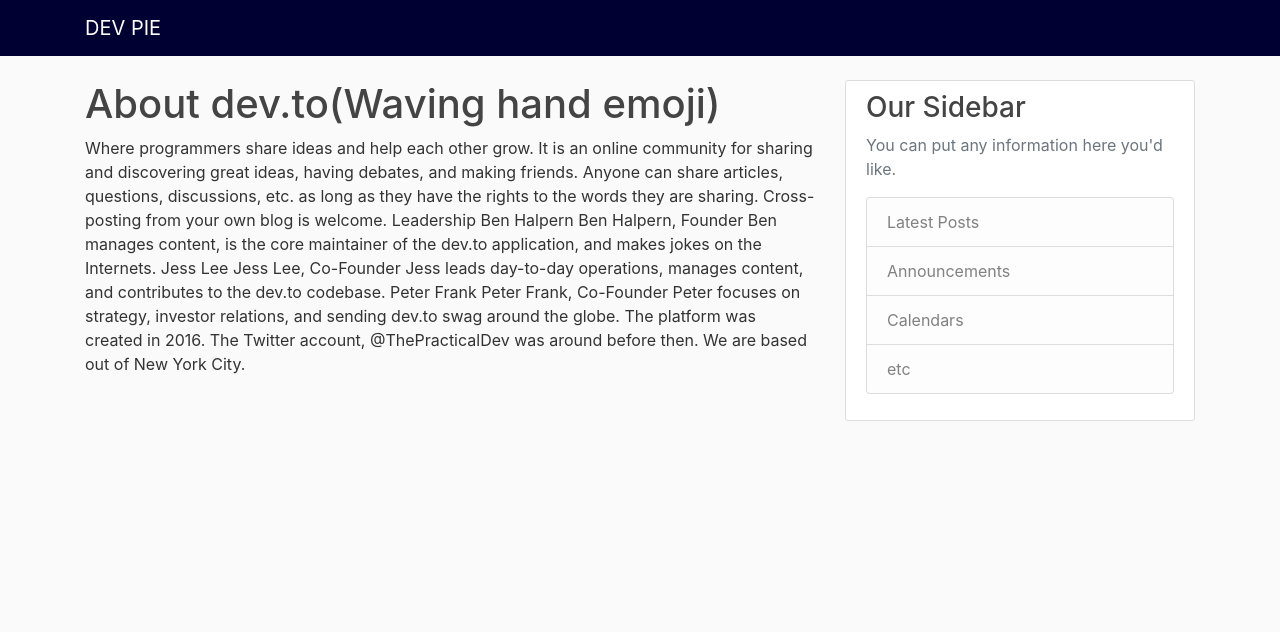
Repository: marstangg/Digitalblog
Page: http://localhost/about
The author's editor kept a record of every edit. The page is drawn from the files as they stood at one moment, then again after the next edit.
The browser window is 1280 px wide. The pictures show the whole page.
Some web libraries are served in a nearby version. The page is served by the project's application, run on Flask 3 (flaskblog/__init__.py). Other server files are loaded and not shown.

Above is the page before.

### flaskblog/templates/about.html
{% extends "layout.html" %}
{% block content %}

<h1>About dev.to(Waving hand emoji) </h1>
Where programmers share ideas and help each other grow. It is an online community for sharing and discovering great ideas, having debates, and making friends. Anyone can share articles, questions, discussions, etc. as long as they have the rights to the words they are sharing. Cross-posting from your own blog is welcome.

Leadership
Ben Halpern
Ben Halpern, Founder
Ben manages content, is the core maintainer of the dev.to application, and makes jokes on the Internets.
Jess Lee
Jess Lee, Co-Founder
Jess leads day-to-day operations, manages content, and contributes to the dev.to codebase.
Peter Frank
Peter Frank, Co-Founder
Peter focuses on strategy, investor relations, and sending dev.to swag around the globe.
The platform was created in 2016. The Twitter account, @ThePracticalDev was around before then. We are based out of New York City.


{% endblock content %}

### flaskblog/templates/layout.html
<!DOCTYPE html>
<html>
<head>
    <!-- Required meta tags -->
    <meta charset="utf-8">
    <meta name="viewport" content="width=device-width, initial-scale=1, shrink-to-fit=no">

    <!-- Bootstrap CSS -->
    <link rel="stylesheet" href="https://maxcdn.bootstrapcdn.com/bootstrap/4.0.0/css/bootstrap.min.css" integrity="sha384-Gn5384xqQ1aoWXA+058RXPxPg6fy4IWvTNh0E263XmFcJlSAwiGgFAW/dAiS6JXm" crossorigin="anonymous">

    <link rel="stylesheet" type="text/css" href="{{ url_for('static', filename='main.css') }}">

    {% if title %}
        <title>Flask Blog - {{ title }}</title>
    {% else %}
        <title>Flask Blog</title>
    {% endif %}
</head>
<body>
    <header class="site-header">
      <nav class="navbar navbar-expand-md navbar-dark bg-steel fixed-top">
        <div class="container">
          <a class="navbar-brand mr-4" href="/"> DEV PIE </a>
          <button class="navbar-toggler" type="button" data-toggle="collapse" data-target="#navbarToggle" aria-controls="navbarToggle" aria-expanded="false" aria-label="Toggle navigation">
            <span class="navbar-toggler-icon"></span>
          </button>
          <div class="collapse navbar-collapse" id="navbarToggle">
            <div class="navbar-nav mr-auto">
              <a class="nav-item nav-link" href="{{ url_for('home') }}">Home</a>
              <a class="nav-item nav-link" href="{{ url_for('about') }}">About</a>
            </div>
            <!-- Navbar Right Side -->
            <div class="navbar-nav">
              {% if current_user.is_authenticated %}
                <a class="nav-item nav-link" href="{{ url_for('new_post') }}">New Post</a>
                <a class="nav-item nav-link" href="{{ url_for('account') }}">Account</a>
                <a class="nav-item nav-link" href="{{ url_for('logout') }}">Logout</a>
              {% else %}
                <a class="nav-item nav-link" href="{{ url_for('login') }}">Login</a>
                <a class="nav-item nav-link" href="{{ url_for('register') }}">Register</a>
              {% endif %}
            </div>
          </div>
        </div>
      </nav>
    </header>
    <main role="main" class="container">
      <div class="row">
        <div class="col-md-8">
          {% with messages = get_flashed_messages(with_categories=true) %}
            {% if messages %}
              {% for category, message in messages %}
                <div class="alert alert-{{ category }}">
                  {{ message }}
                </div>
              {% endfor %}
            {% endif %}
          {% endwith %}
          {% block content %}{% endblock %}
        </div>
        <div class="col-md-4">
          <div class="content-section">
            <h3>Our Sidebar</h3>
            <p class='text-muted'>You can put any information here you'd like.
              <ul class="list-group">
                <li class="list-group-item list-group-item-light">Latest Posts</li>
                <li class="list-group-item list-group-item-light">Announcements</li>
                <li class="list-group-item list-group-item-light">Calendars</li>
                <li class="list-group-item list-group-item-light">etc</li>
              </ul>
            </p>
          </div>
        </div>
      </div>
    </main>


    <!-- Optional JavaScript -->
    <!-- jQuery first, then Popper.js, then Bootstrap JS -->
    <script src="https://code.jquery.com/jquery-3.2.1.slim.min.js" integrity="sha384-KJ3o2DKtIkvYIK3UENzmM7KCkRr/rE9/Qpg6aAZGJwFDMVNA/GpGFF93hXpG5KkN" crossorigin="anonymous"></script>
    <script src="https://cdnjs.cloudflare.com/ajax/libs/popper.js/1.12.9/umd/popper.min.js" integrity="sha384-ApNbgh9B+Y1QKtv3Rn7W3mgPxhU9K/ScQsAP7hUibX39j7fakFPskvXusvfa0b4Q" crossorigin="anonymous"></script>
    <script src="https://maxcdn.bootstrapcdn.com/bootstrap/4.0.0/js/bootstrap.min.js" integrity="sha384-JZR6Spejh4U02d8jOt6vLEHfe/JQGiRRSQQxSfFWpi1MquVdAyjUar5+76PVCmYl" crossorigin="anonymous"></script>
</body>
</html>

### flaskblog/routes.py
import os
import secrets
from PIL import Image
from flask import render_template, url_for, flash, redirect, request, abort
from flaskblog import app, db, bcrypt
from flaskblog.forms import RegistrationForm, LoginForm, UpdateAccountForm, PostForm
from flaskblog.models import User, Post
from flask_login import login_user, current_user, logout_user, login_required


@app.route("/")
@app.route("/home")
def home():
    posts = Post.query.all()
    return render_template('home.html', posts=posts)


@app.route("/about")
def about():
    return render_template('about.html', title='About')


@app.route("/register", methods=['GET', 'POST'])
def register():
    if current_user.is_authenticated:
        return redirect(url_for('home'))
    form = RegistrationForm()
    if form.validate_on_submit():
        hashed_password = bcrypt.generate_password_hash(form.password.data).decode('utf-8')
        user = User(username=form.username.data, email=form.email.data, password=hashed_password)
        db.session.add(user)
        db.session.commit()
        flash('Your account has been created! You are now able to log in', 'success')
        return redirect(url_for('login'))
    return render_template('register.html', title='Register', form=form)


@app.route("/login", methods=['GET', 'POST'])
def login():
    if current_user.is_authenticated:
        return redirect(url_for('home'))
    form = LoginForm()
    if form.validate_on_submit():
        user = User.query.filter_by(email=form.email.data).first()
        if user and bcrypt.check_password_hash(user.password, form.password.data):
            login_user(user, remember=form.remember.data)
            next_page = request.args.get('next')
            return redirect(next_page) if next_page else redirect(url_for('home'))
        else:
            flash('Login Unsuccessful. Please check email and password', 'danger')
    return render_template('login.html', title='Login', form=form)


@app.route("/logout")
def logout():
    logout_user()
    return redirect(url_for('home'))


def save_picture(form_picture):
    random_hex = secrets.token_hex(8)
    _, f_ext = os.path.splitext(form_picture.filename)
    picture_fn = random_hex + f_ext
    picture_path = os.path.join(app.root_path, 'static/profile_pics', picture_fn)

    output_size = (125, 125)
    i = Image.open(form_picture)
    i.thumbnail(output_size)
    i.save(picture_path)

    return picture_fn


@app.route("/account", methods=['GET', 'POST'])
@login_required
def account():
    form = UpdateAccountForm()
    if form.validate_on_submit():
        if form.picture.data:
            picture_file = save_picture(form.picture.data)
            current_user.image_file = picture_file
        current_user.username = form.username.data
        current_user.email = form.email.data
        db.session.commit()
        flash('Your account has been updated!', 'success')
        return redirect(url_for('account'))
    elif request.method == 'GET':
        form.username.data = current_user.username
        form.email.data = current_user.email
    image_file = url_for('static', filename='profile_pics/' + current_user.image_file)
    return render_template('account.html', title='Account',
                           image_file=image_file, form=form)


@app.route("/post/new", methods=['GET', 'POST'])
@login_required
def new_post():
    form = PostForm()
    if form.validate_on_submit():
        post = Post(title=form.title.data, content=form.content.data, author=current_user)
        db.session.add(post)
        db.session.commit()
        flash('Your post has been created!', 'success')
        return redirect(url_for('home'))
    return render_template('create_post.html', title='New Post',
                           form=form, legend='New Post')


@app.route("/post/<int:post_id>")
def post(post_id):
    post = Post.query.get_or_404(post_id)
    return render_template('post.html', title=post.title, post=post)


@app.route("/post/<int:post_id>/update", methods=['GET', 'POST'])
@login_required
def update_post(post_id):
    post = Post.query.get_or_404(post_id)
    if post.author != current_user:
        abort(403)
    form = PostForm()
    if form.validate_on_submit():
        post.title = form.title.data
        post.content = form.content.data
        db.session.commit()
        flash('Your post has been updated!', 'success')
        return redirect(url_for('post', post_id=post.id))
    elif request.method == 'GET':
        form.title.data = post.title
        form.content.data = post.content
    return render_template('create_post.html', title='Update Post',
                           form=form, legend='Update Post')


@app.route("/post/<int:post_id>/delete", methods=['POST'])
@login_required
def delete_post(post_id):
    post = Post.query.get_or_404(post_id)
    if post.author != current_user:
        abort(403)
    db.session.delete(post)
    db.session.commit()
    flash('Your post has been deleted!', 'success')
    return redirect(url_for('home'))

### flaskblog/__init__.py
from flask import Flask
from flask_sqlalchemy import SQLAlchemy
from flask_bcrypt import Bcrypt
from flask_login import LoginManager

app = Flask(__name__)
app.config['SECRET_KEY'] = '37d9b26f4a0cda72818c4c6d4e3a9641'
app.config['SQLALCHEMY_DATABASE_URI'] = 'sqlite:///site.db'
db = SQLAlchemy(app)
bcrypt = Bcrypt(app)
login_manager = LoginManager(app)
login_manager.login_view = 'login'
login_manager.login_message_category = 'info'

from flaskblog import routes

### flaskblog/static/main.css
body {
  background: #fafafa;
  color: #333333;
  margin-top: 5rem;
}

h1, h2, h3, h4, h5, h6 {
  color: #444444;
}

.bg-steel {
  background-color: #000033;
}

.site-header .navbar-nav .nav-link {
  color: #000033;
}

.site-header .navbar-nav .nav-link:hover {
  color: #ffffff;
}

.site-header .navbar-nav .nav-link.active {
  font-weight: 500;
}

.content-section {
  background: #ffffff;
  padding: 10px 20px;
  border: 1px solid #dddddd;
  border-radius: 3px;
  margin-bottom: 20px;
}

.article-title {
  color: #444444;
}

a.article-title:hover {
  color: #428bca;
  text-decoration: none;
}

.article-content {
  white-space: pre-line;
}

.article-img {
  height: 65px;
  width: 65px;
  margin-right: 16px;
}

.article-metadata {
  padding-bottom: 1px;
  margin-bottom: 4px;
  border-bottom: 1px solid #e3e3e3
}

.article-metadata a:hover {
  color: #333;
  text-decoration: none;
}

.article-svg {
  width: 25px;
  height: 25px;
  vertical-align: middle;
}

.account-img {
  height: 125px;
  width: 125px;
  margin-right: 20px;
  margin-bottom: 16px;
}

.account-heading {
  font-size: 2.5rem;
}

After the next edit:
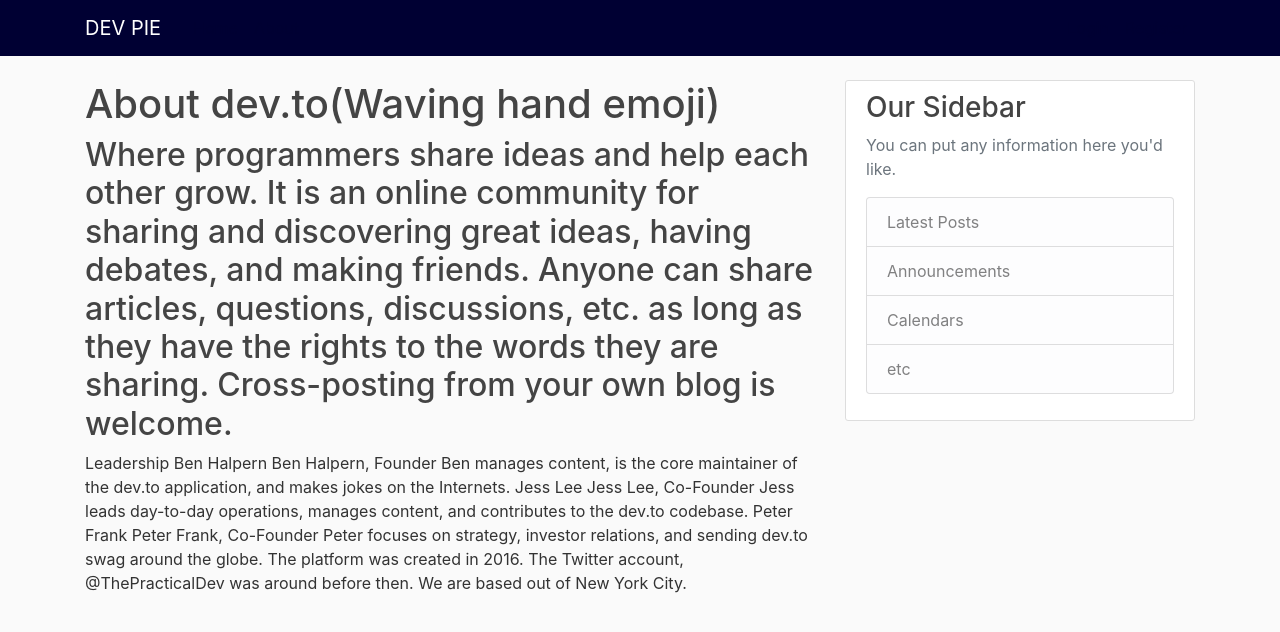
The edit:
--- a/flaskblog/templates/about.html
+++ b/flaskblog/templates/about.html
@@ -2,7 +2,7 @@
 {% block content %}
 
 <h1>About dev.to(Waving hand emoji) </h1>
-Where programmers share ideas and help each other grow. It is an online community for sharing and discovering great ideas, having debates, and making friends. Anyone can share articles, questions, discussions, etc. as long as they have the rights to the words they are sharing. Cross-posting from your own blog is welcome.
+<h2>Where programmers share ideas and help each other grow. It is an online community for sharing and discovering great ideas, having debates, and making friends. Anyone can share articles, questions, discussions, etc. as long as they have the rights to the words they are sharing. Cross-posting from your own blog is welcome.</h2>
 
 Leadership
 Ben Halpern
